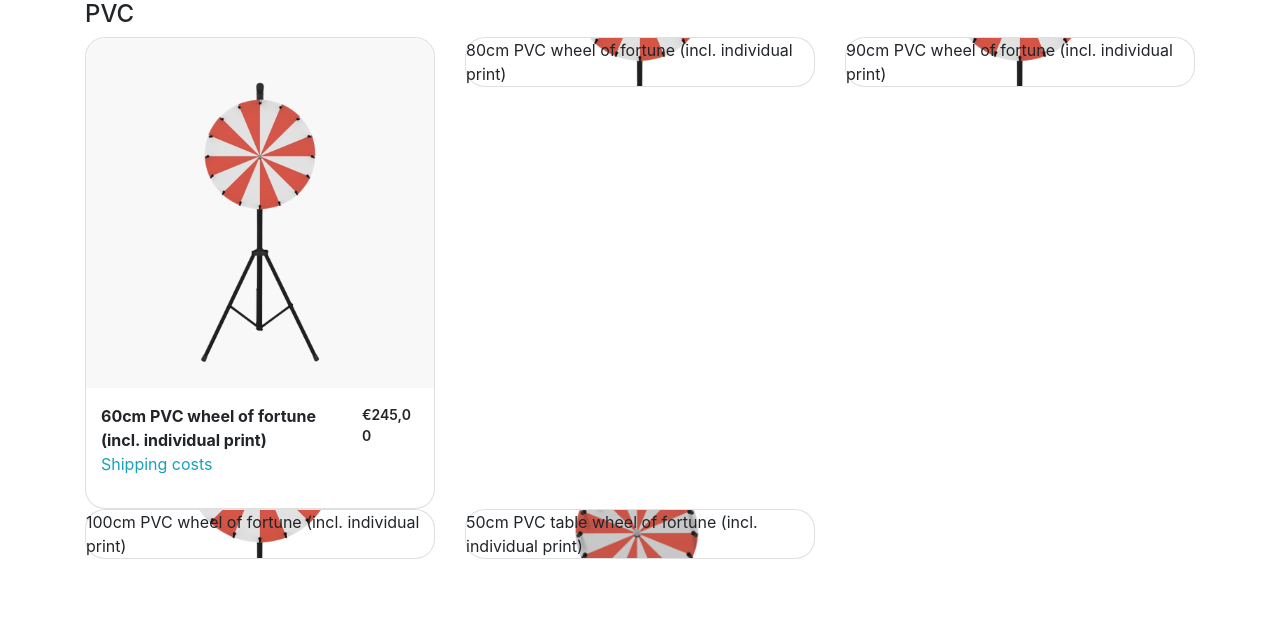
Repository: Awaisp-irfan/fahad-project
Page: pvc.html
An editor plug-in stored every save of this project. The page is shown before and after the next save, followed by the edit.
The browser window is 1280 px wide. The pictures show the whole page.

Above is the page before, as saved 2022-06-30 09:24:09.

### pvc.html
<!DOCTYPE html>
<html lang="en">
  <head>
    <meta charset="UTF-8" />
    <meta http-equiv="X-UA-Compatible" content="IE=edge" />
    <meta name="viewport" content="width=device-width, initial-scale=1.0" />
    <link
      rel="stylesheet"
      href="https://cdn.jsdelivr.net/npm/bootstrap@4.6.1/dist/css/bootstrap.min.css"
      integrity="sha384-zCbKRCUGaJDkqS1kPbPd7TveP5iyJE0EjAuZQTgFLD2ylzuqKfdKlfG/eSrtxUkn"
      crossorigin="anonymous"
    />

    <link rel="stylesheet" href="./style.css" />
    <title>Document</title>
  </head>
  <body>
    <div class="container">
      <div class="row">
        <div class="col-lg-12">
          <h4 class="heading">PVC</h4>
        </div>
      </div>

      <div class="row">
        <div class="col-lg-4 col-md-6 col-12">
          <div class="card">
            <div class="img-div">
              <div class="cm60-img"></div>
            </div>
            <div class="cm60-content d-flex justify-content-between my-lg-3">
              <div class="col-9">
                <p class="cm60-title">60cm PVC wheel of fortune (incl. individual print)</p>
                <p class="text-info">Shipping costs</p>
              </div>
              <div class="col-3">
                <p class="price">
                    €245,00
              </p></div>
            </div>
          </div>
        </div>
        <div class="col-lg-4">
          <div class="card img-div">
            <div class="cm80">
              80cm PVC wheel of fortune (incl. individual print)
            </div>
          </div>
        </div>
        <div class="col-lg-4">
          <div class="card img-div">
            <div class="cm90">
              90cm PVC wheel of fortune (incl. individual print)
            </div>
          </div>
        </div>
        <div class="col-lg-4">
          <div class="card img-div">
            <div class="cm100">
              100cm PVC wheel of fortune (incl. individual print)
            </div>
          </div>
        </div>
        <div class="col-lg-4">
          <div class="card img-div">
            <div class="cm50">
              50cm PVC table wheel of fortune (incl. individual print)
            </div>
          </div>
        </div>
      </div>
    </div>
  </body>
</html>

### style.css
.pvc{
    background-image: url(./assests/2289977149.jpg);
    background-size: cover;
    background-position: center;
    background-repeat: no-repeat;
    height: 100%;
    border-radius: 20px;
}

.col-lg-4>a > .img-div{
    height: 400px;
    border-radius: 20px;
}
.card{
    border-radius: 20px;
}
.card>.img-div{
    height: 350px;
    border-top-left-radius: 20px;
    border-top-right-radius: 20px;
    background-color: rgb(248, 248, 248);
}
.wooden{
    background-image: url(./assests/wooden.jpg);
    background-size: cover;
    background-position: center;
    background-repeat: no-repeat;
    height: 100%;
    border-radius: 20px;
}

.display{
    background-image: url(./assests/display.jpg);
    background-size: cover;
    background-position: center;
    background-repeat: no-repeat;
    height: 100%;
    border-radius: 20px;
}
.cm60-img{
    background: url(./assests/60cm_PVC-removebg-preview.png);

    background-size: cover;
    background-position: center;
    background-repeat: no-repeat;
    height: 100%;
    border-radius: 20px;
}

.cm80{
    background: url(./assests/80cm_PVC-removebg-preview.png);

    background-size: cover;
    background-position: center;
    background-repeat: no-repeat;
    height: 100%;
    border-radius: 20px;
}

.cm90{
    background: url(./assests/90cm_PVC-removebg-preview.png);

    background-size: cover;
    background-position: center;
    background-repeat: no-repeat;
    height: 100%;
    border-radius: 20px;
}
.cm100{
    background: url(./assests/100cm_PVC-removebg-preview.png);

    background-size: cover;
    background-position: center;
    background-repeat: no-repeat;
    height: 100%;
    border-radius: 20px;
}

.cm50{
    background: url(./assests//50cm\ PVC.png);

    background-size: cover;
    background-position: center;
    background-repeat: no-repeat;
    height: 100%;
    border-radius: 20px;
}

.cm60-title{
    font-weight: bold;
    font-size: 16px;
    margin: 0;
    padding: 0;
}

.price{
    font-size: 14px;
    font-weight: 600;
    margin: 0;
    padding: 0;
}

After the next save:
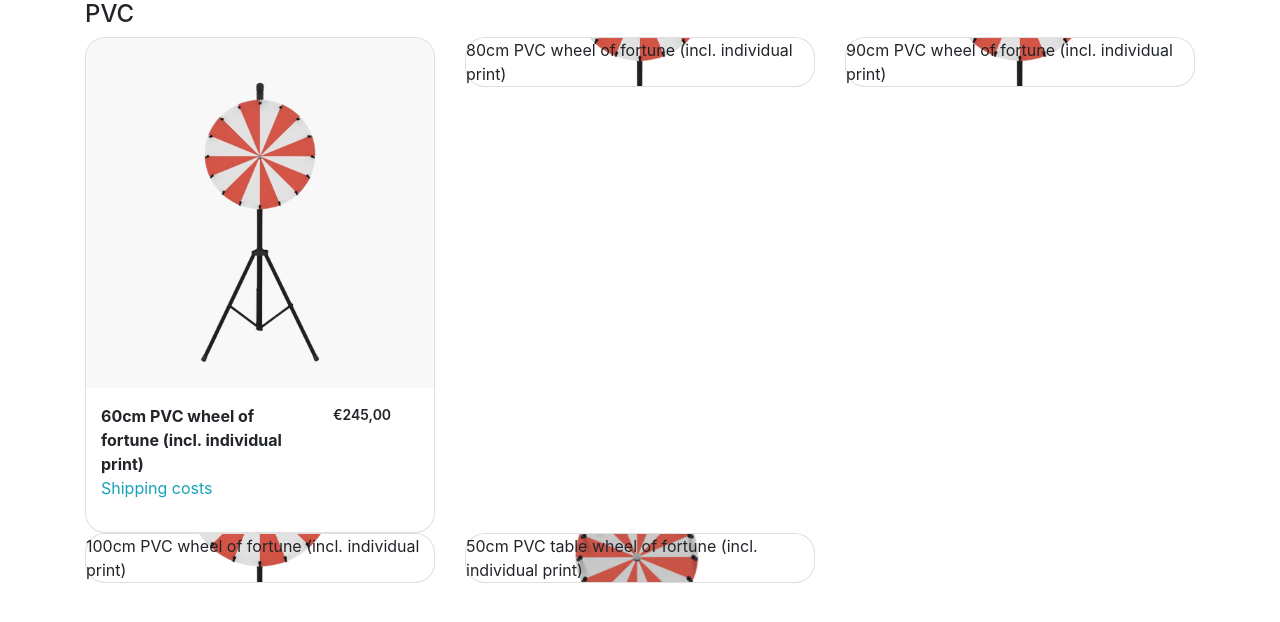
Saved 49 s later.
--- a/pvc.html
+++ b/pvc.html
@@ -29,11 +29,11 @@
               <div class="cm60-img"></div>
             </div>
             <div class="cm60-content d-flex justify-content-between my-lg-3">
-              <div class="col-9">
+              <div class="col-8">
                 <p class="cm60-title">60cm PVC wheel of fortune (incl. individual print)</p>
                 <p class="text-info">Shipping costs</p>
               </div>
-              <div class="col-3">
+              <div class="col-4">
                 <p class="price">
                     €245,00
               </p></div>
